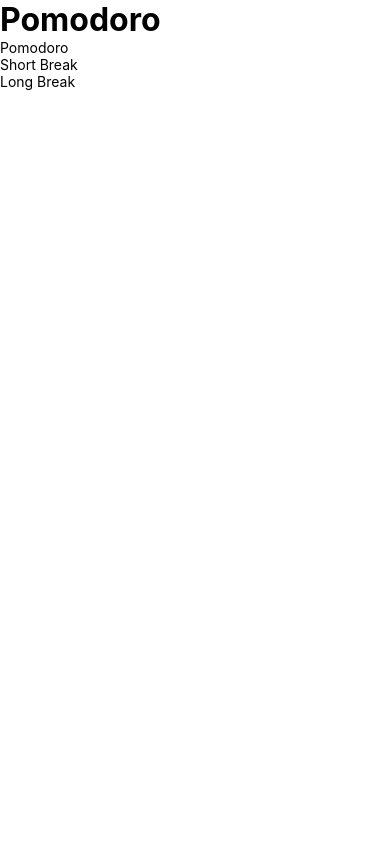
Repository: rchavarria77/pomodoro-app
Screen: /
An editor plug-in stored every save of this project. The screen is shown before and after the next save, followed by the edit.
The app was drawn by React Native's web renderer in a window 390 px wide. The project was rebuilt for these pictures with package versions that can differ from the ones it lists, and the page was loaded fresh each time.

Above is the screen before, as saved 2024-02-01 00:43:09.

After the next save:
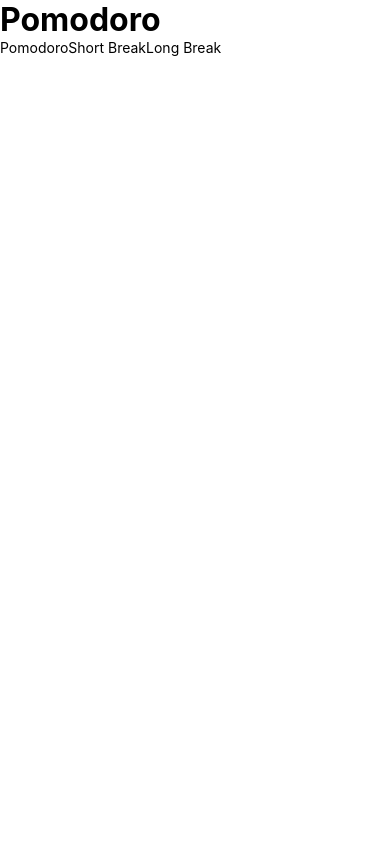
Saved 33 s later.
--- a/src/components/Header.jsx
+++ b/src/components/Header.jsx
@@ -4,7 +4,7 @@ const options = ['Pomodoro', 'Short Break', 'Long Break'];
 
 export const Header = ({ time }) => {
   return (
-    <View>
+    <View style={{ flexDirection: 'row' }}>
       {options.map((option, i) => (
         <TouchableOpacity key={i}>
           <Text>{option}</Text>
